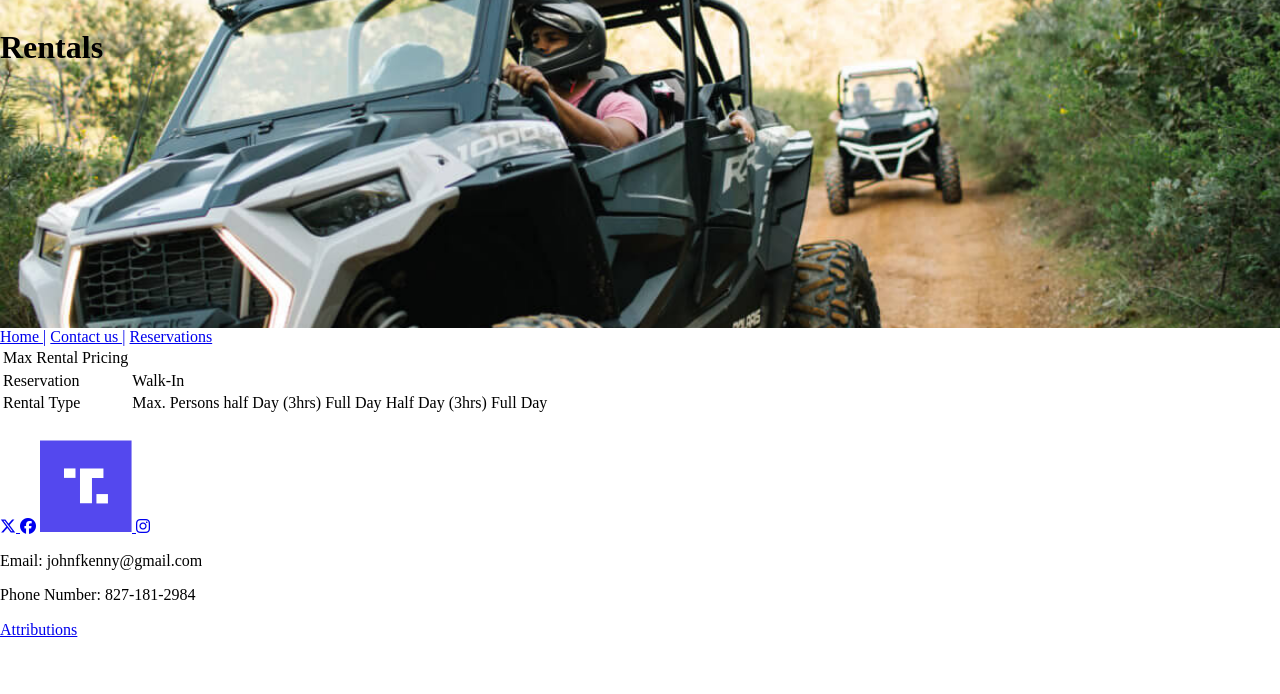
Repository: nak97/WDD230
Page: scoots/rentals-page/rentals-page.html
These files come from the project's save history. The page is drawn as it stood at one moment and after the next save; the edit follows.
The browser window is 1280 px wide. The pictures show the whole page.
Some web libraries are served in a nearby version.

Above is the page before, as saved 2023-12-10 18:06:41.

After the next save:
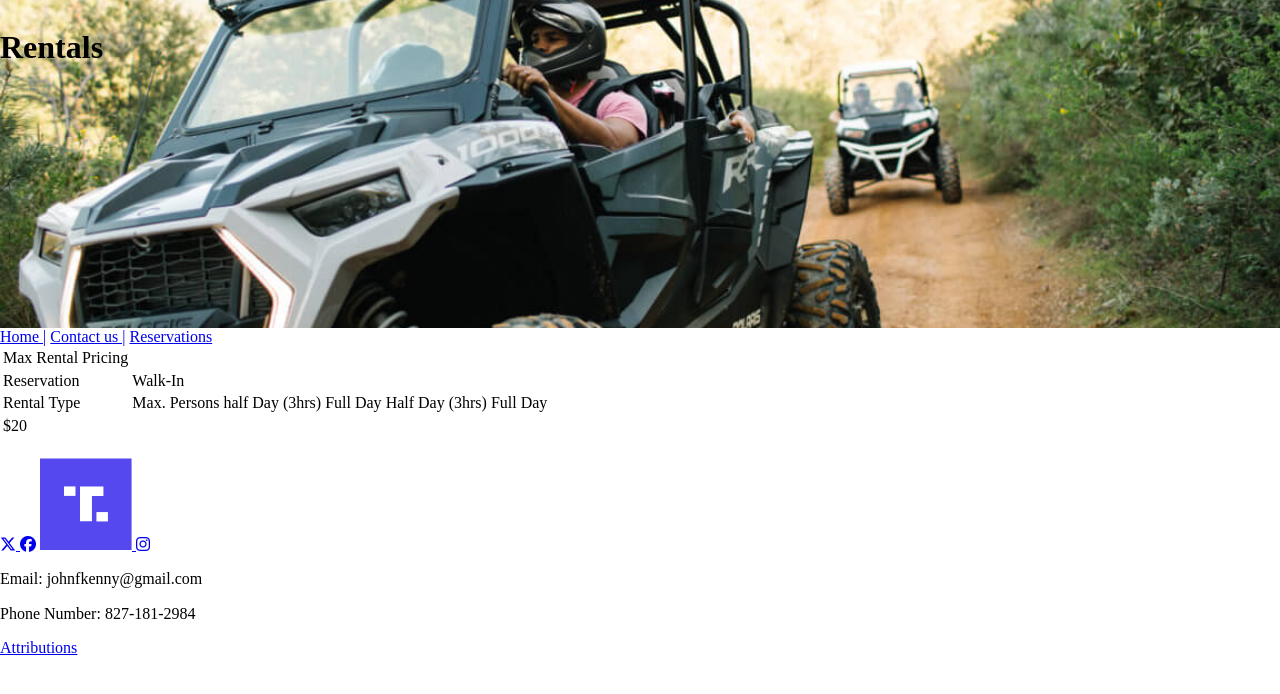
Saved 14 min 28 s later.
--- a/scoots/rentals-page/rentals-page.html
+++ b/scoots/rentals-page/rentals-page.html
@@ -43,7 +43,7 @@
         <td>Full Day</td>
       </tr>
         <tr>
-        <td></td>
+        <td><span>$20</span></td>
         <td></td>
         <td></td>
         <td></td>

After the save that followed:
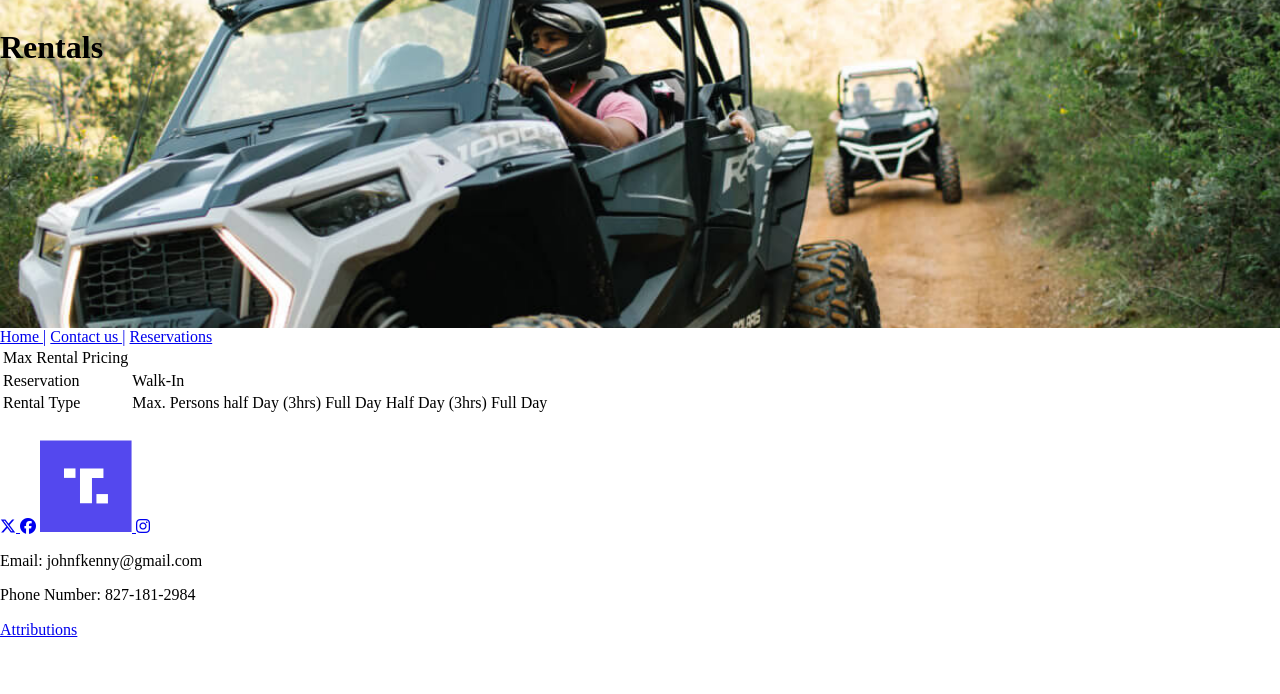
Saved 37 s later.
--- a/scoots/rentals-page/rentals-page.html
+++ b/scoots/rentals-page/rentals-page.html
@@ -43,7 +43,7 @@
         <td>Full Day</td>
       </tr>
         <tr>
-        <td><span>$20</span></td>
+        <td><span id="price"></span></td>
         <td></td>
         <td></td>
         <td></td>
